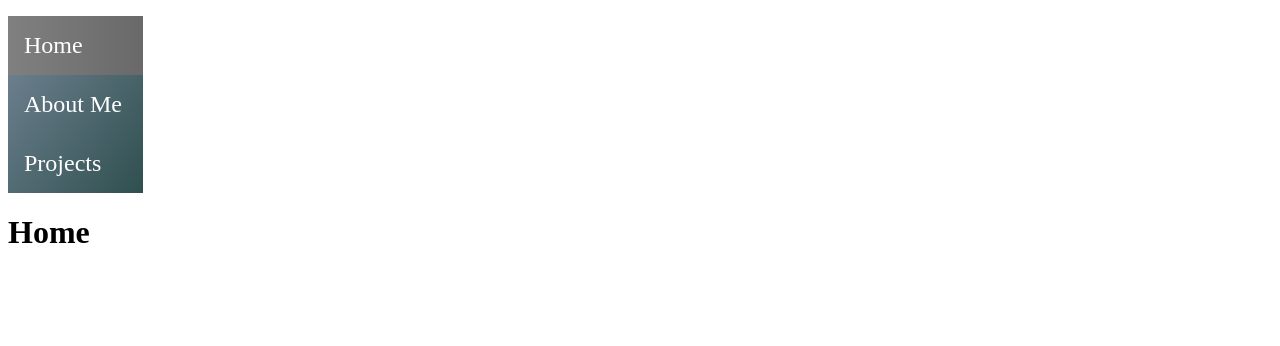
Repository: brody-toth/brody-toth.github.io
Page: home.html
The author's editor kept a record of every edit. The page is drawn from the files as they stood at one moment, then again after the next edit.
The browser window is 1280 px wide. The pictures show the whole page.

Above is the page before.

### home.html
<!DOCTYPE html>
<html>

  <head>
    <title>Home</title>
    <link rel="stylesheet" href="style.css" type="text/css">
  </head>

  <body>
    <ul class="navbar">
      <li class="active"><a href="home.html">Home</a></li>
      <li><a href="about-me.html">About Me</a></li>
      <li class = "dropdown">
        <div>Projects</div>
        <ul class="dropdown-content">
          <li><a href="project1.html">Project 1</a></li>
          <li><a href="project2.html">Project 2</a></li>
          <li><a href="project3.html">Project 3</a></li>
        </ul>
      </li>
    </ul>

    <h1 class="header">Home</h1>

  </body>

</html>

### style.css
.navbar{
    list-style: none;
    background-image: linear-gradient(to bottom right, lightslategray, darkslategray);
    width: 135px;
    overflow: hidden;
    padding: 0;
}
.navbar a, .dropdown div{
    text-decoration: none;
    color: white;
    font-size: 24px;
    padding: 16px;
    display: inline-block;
}
.navbar div{
    width: 140px;
}
.navbar li:hover{
    background-color: slategray;
}
.dropdown-content{
    list-style: none;
    padding: 0;
    display: none;
    position: absolute;
    z-index: 2;
    background-image: linear-gradient(to bottom right, lightslategray, darkslategray);
}
.dropdown:hover .dropdown-content{
    display: block;
}
.active{
    background-image: linear-gradient(to right, gray, dimgray)
}

.header{

}

After the next edit:
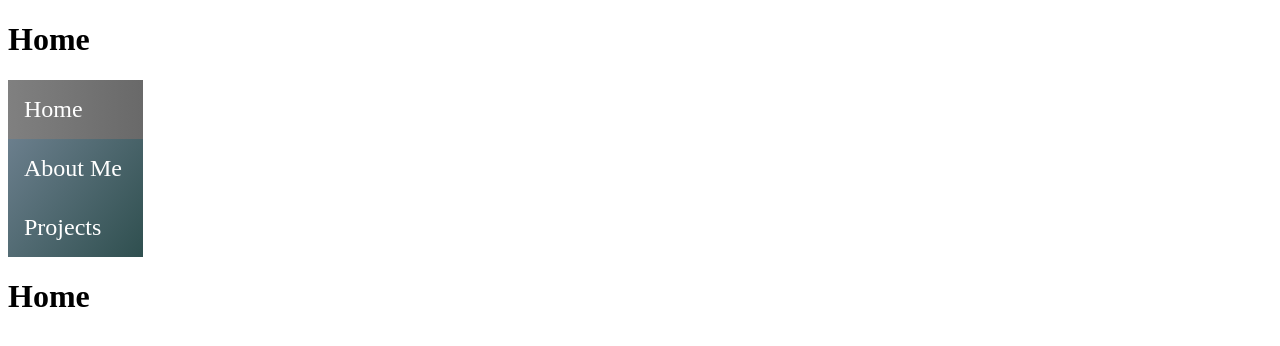
The edit:
--- a/home.html
+++ b/home.html
@@ -7,6 +7,9 @@
   </head>
 
   <body>
+
+    <h1 class="header">Home</h1>
+
     <ul class="navbar">
       <li class="active"><a href="home.html">Home</a></li>
       <li><a href="about-me.html">About Me</a></li>
